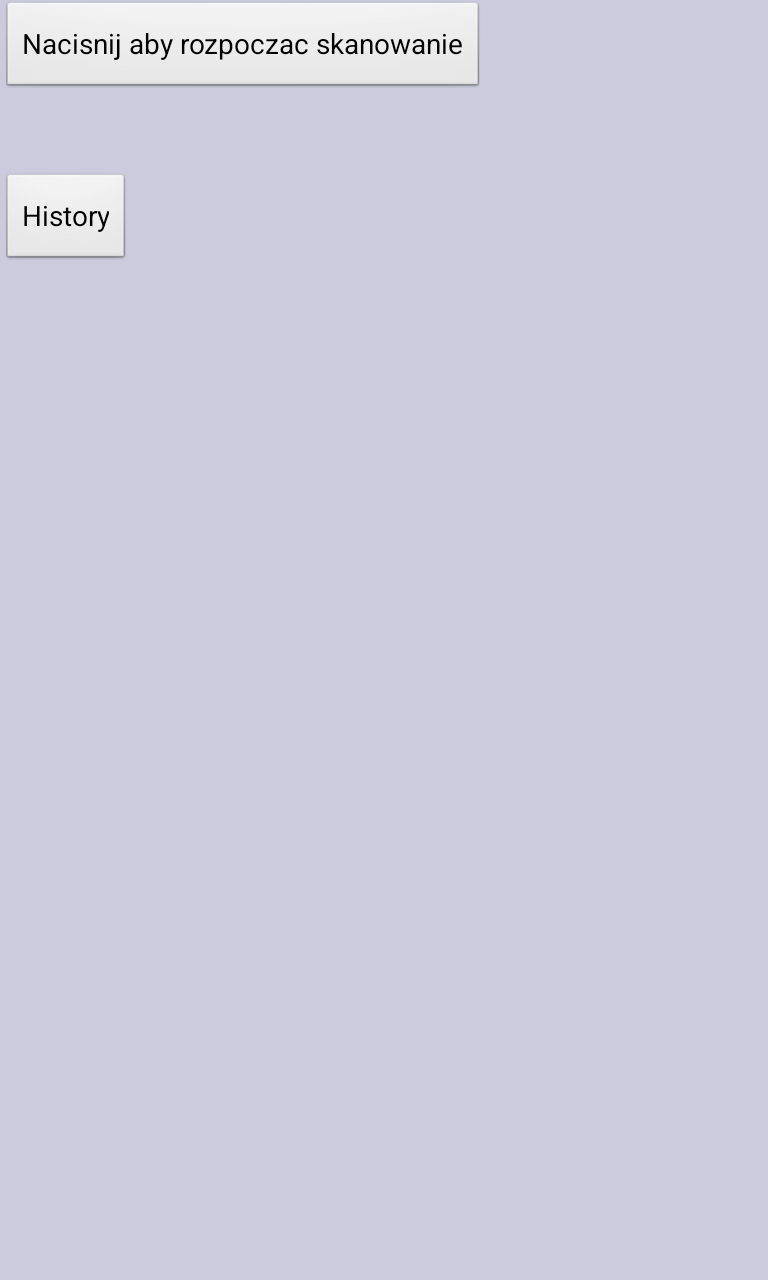
Repository: marooned071/ProjektZespolowy
Layout: android/qrpoll/res/layout/activity_main.xml
The author's editor kept a copy of each file at every save. The layout is drawn from the files as they stood at one save, then again after the next save.
It is drawn on a 768 x 1280 px phone screen (xhdpi) without system bars, with theme CustomTheme; the app's code is not run.

Above is the layout before, as saved 2014-05-20 12:58:51.

### android/qrpoll/res/layout/activity_main.xml
<GridLayout xmlns:android="http://schemas.android.com/apk/res/android"
    xmlns:tools="http://schemas.android.com/tools"
    android:layout_width="match_parent"
    android:background="#cbcbdd"
    android:columnCount="1"
    android:layout_height="match_parent" >
    <Button android:id="@+id/scan_button"
        android:layout_width="wrap_content"
        android:layout_height="wrap_content"
        android:layout_centerHorizontal="true"
        android:text="@string/scan" />


    <TextView
    android:id="@+id/scan_format"
    android:layout_width="wrap_content"
    android:layout_height="wrap_content"
    android:textIsSelectable="true"
    android:layout_centerHorizontal="true"
    android:layout_below="@id/scan_button" />
<TextView
    android:id="@+id/scan_content"
    android:layout_width="wrap_content"
    android:layout_height="wrap_content"
    android:textIsSelectable="true"
    android:layout_centerHorizontal="true"
    android:layout_below="@id/scan_format" />

<Button
    android:id="@+id/button1"
    android:layout_width="wrap_content"
    android:layout_height="wrap_content"
    android:layout_alignLeft="@+id/scan_button"
    android:layout_below="@+id/scan_content"
    android:text="History" />

</GridLayout>

### android/qrpoll/res/values/custom_style.xml
<?xml version="1.0" encoding="utf-8"?>
<resources xmlns:android="http://schemas.android.com/apk/res/android">
	<style name="CustomWindowTitleBackground">
	    	<item name="android:background">#437799</item>
	</style>
	<style name="CustomTheme" parent="android:Theme">
	    <item name="android:windowTitleSize">35dip</item>
	    <item name="android:windowTitleBackgroundStyle">@style/CustomWindowTitleBackground</item>
	    <item name="android:background">#FFFFFF</item>
	</style>
</resources>

### android/qrpoll/res/values/strings.xml
<?xml version="1.0" encoding="utf-8"?>
<resources>

    <string name="app_name">qrpoll</string>
    <string name="hello_world">Hello world!</string>
    <string name="action_settings">Historia</string>
    <string name="scan">Nacisnij aby rozpoczac skanowanie</string>
    <string name="title_activity_poll">PollActivity</string>
    <string name="textView_versionLabel">Version</string>
    <string name="poll_textViewVersionLabelStirng">Version</string>
    <string name="title_activity_history_layout">HistoryLayout</string>
    <string name="history">History</string>
    <string name="title_activity_layout">LayoutActivity</string>
	<string name="mv_subject">Annual Summary 2015</string>
	<string name="mv_organisator">George Boogie</string>
	<string name="mv_location_details">Annual Summary 2015</string>
	<string name="mv_length">Length: 95 min</string>
</resources>

After the next save:
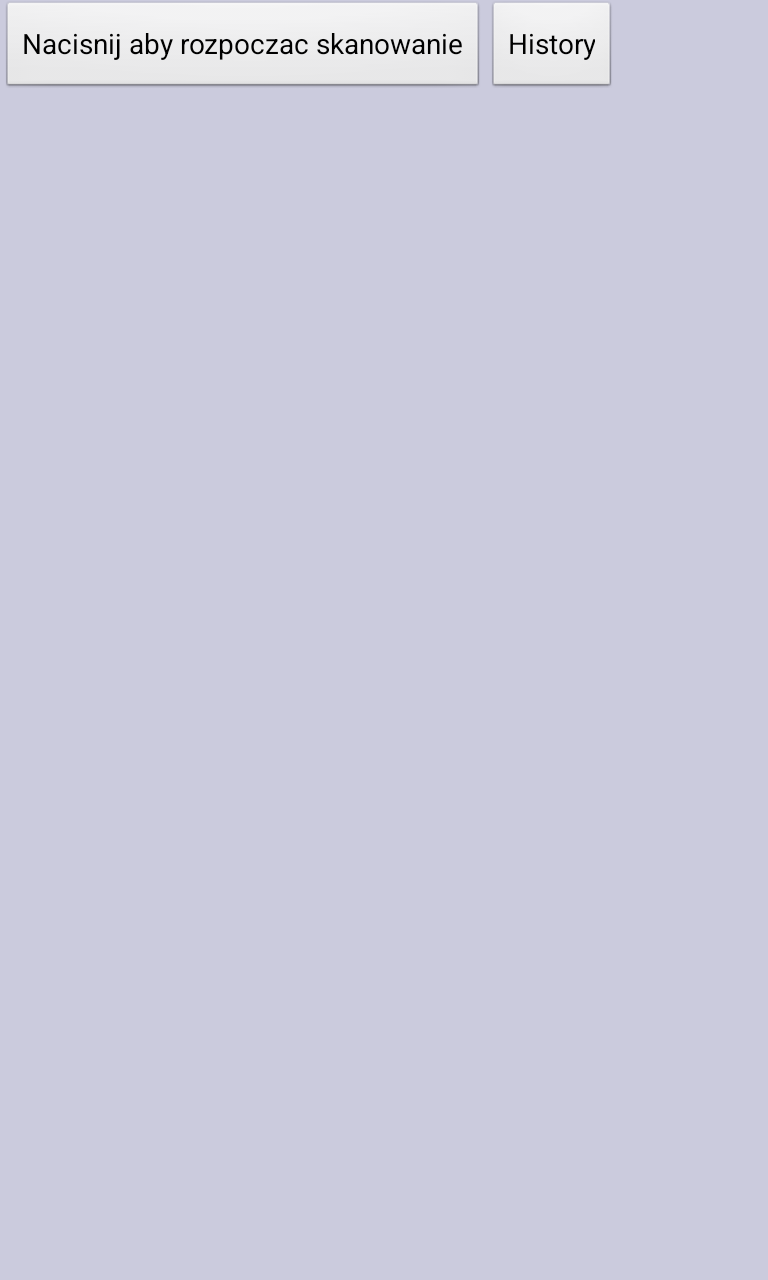
Saved 50 s later.
--- a/android/qrpoll/res/layout/activity_main.xml
+++ b/android/qrpoll/res/layout/activity_main.xml
@@ -1,8 +1,7 @@
-<GridLayout xmlns:android="http://schemas.android.com/apk/res/android"
+<LinearLayout xmlns:android="http://schemas.android.com/apk/res/android"
     xmlns:tools="http://schemas.android.com/tools"
     android:layout_width="match_parent"
     android:background="#cbcbdd"
-    android:columnCount="1"
     android:layout_height="match_parent" >
     <Button android:id="@+id/scan_button"
         android:layout_width="wrap_content"
@@ -34,4 +33,4 @@
     android:layout_below="@+id/scan_content"
     android:text="History" />
 
-</GridLayout>
+</LinearLayout>
